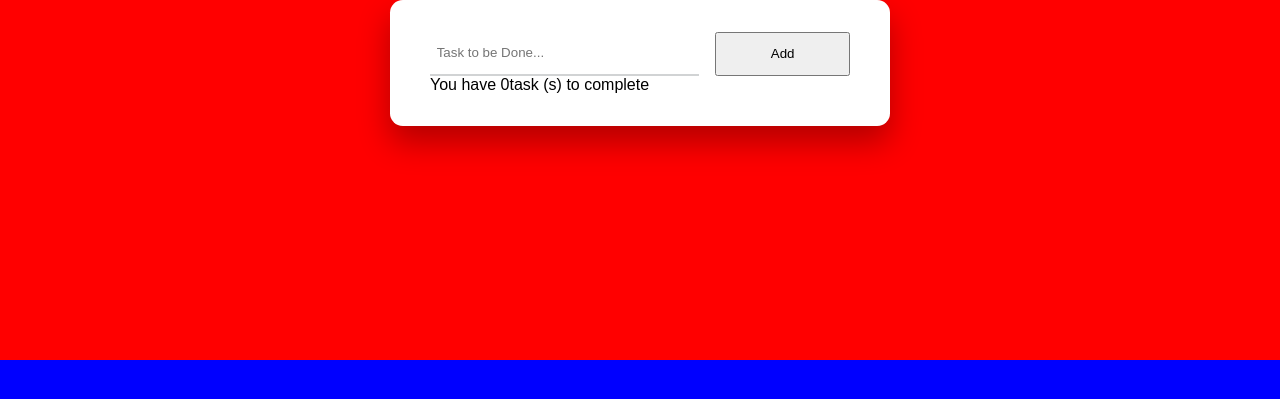
Repository: JunaidAnsari202/Todo-List
Page: index.html
The author's editor kept a copy of each file at every save. The page is drawn from the files as they stood at one save, then again after a run of saves.
The browser window is 1280 px wide. The pictures show the whole page.

Above is the page before, as saved 2023-10-30 12:38:16.

After the next 54 saves:
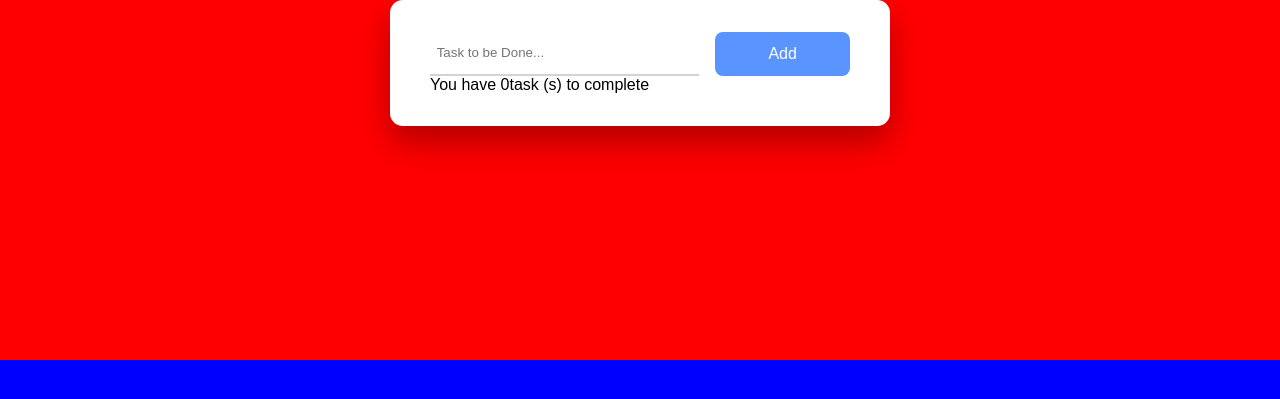
The 54 saves are shown as one change because they came seconds apart.
The last was saved 90 s later.
--- a/style.css
+++ b/style.css
@@ -48,3 +48,15 @@ body{
     outline: none;
     border-color: #5a95ff;
 }
+
+#wrapper button{
+    position: relative;
+    border-radius: 0.5em;
+    font-weight: 500;
+    font-size: 1em;
+    background-color: #5a95ff;
+    border: none;
+    outline: none;
+    color: #ffffff;
+    curser
+}
